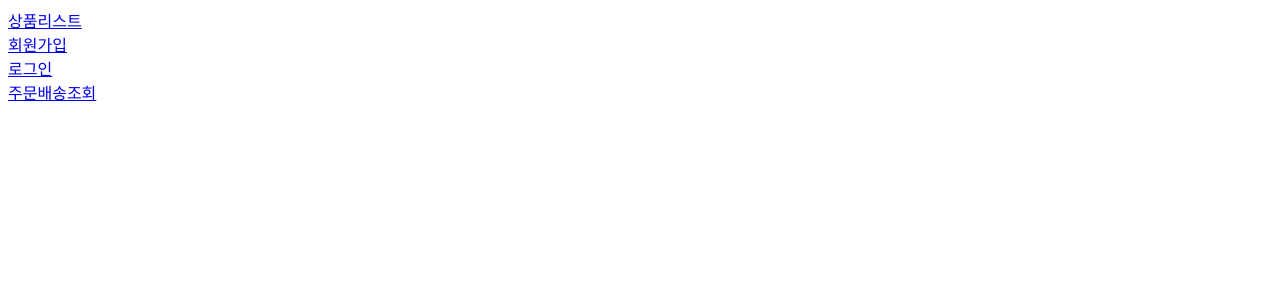
Repository: lhc8607git/SungsimdangPro
Page: http://localhost/ssdPro/default.jsp
The author's editor kept a copy of each file at every save. The page is drawn from the files as they stood at one save, then again after the next save.
The browser window is 1280 px wide. The pictures show the whole page.
The page is served by Tomcat 9.

Above is the page before, as saved 2022-01-13 07:23:28.

After the next save:
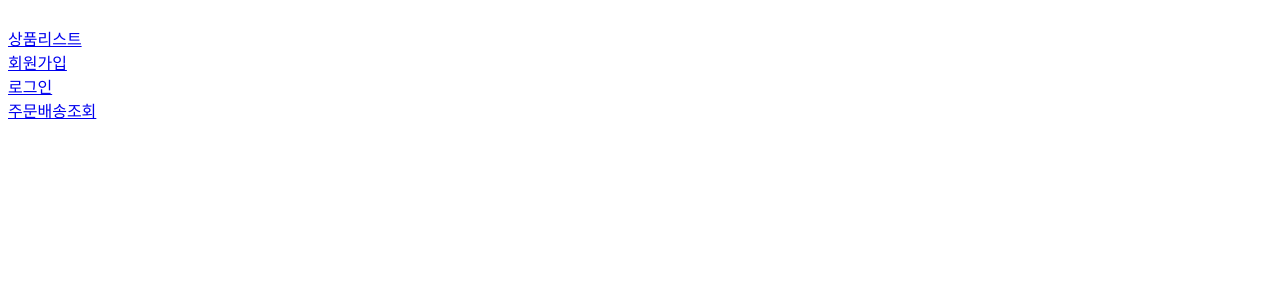
Saved 12 s later.
--- a/ssdPro/src/main/webapp/default.jsp
+++ b/ssdPro/src/main/webapp/default.jsp
@@ -8,7 +8,7 @@
 <title>Insert title here</title>
 </head>
 <body>
-	${sessionScope.user.memb_code }
+	${sessionScope.user.memb_code } <br />
 	<a href="product/sublist.asp">상품리스트</a>
 	<br />
 	<a href="member/regist_agree.asp">회원가입</a>
